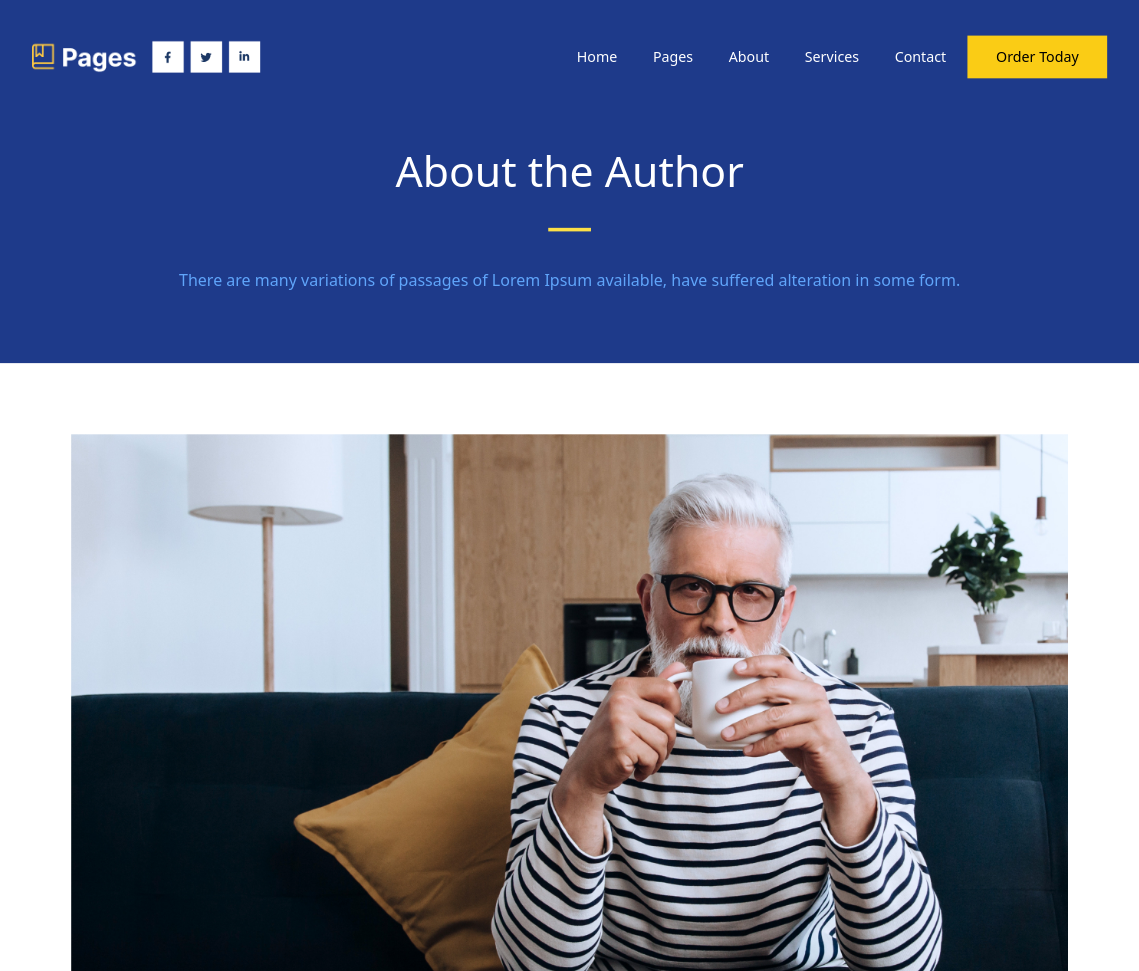
Repository: Godnorg/Class3
Page: index.html
An editor plug-in stored every save of this project. The page is shown before and after a run of saves, followed by the edit.
The browser window is 1280 px wide. The pictures show the whole page, at 89% of full size.
Some web libraries are served in a nearby version.

Above is the page before, as saved 2023-02-18 18:40:47.

### index.html
<!DOCTYPE html>
<html lang="en">
<head>
    <meta charset="UTF-8">
    <meta http-equiv="X-UA-Compatible" content="IE=edge">
    <meta name="viewport" content="width=device-width, initial-scale=1.0">
    <title>Class3</title>
    <script src="https://cdn.tailwindcss.com"></script>
</head>
<body class="w-full bg-blue-900">
<div class="flex items-center justify-between w-full pt-10 mx-auto px-9 max-w-7xl">
    <div class="flex gap-4 ">
    <img src="./Logo.png">
    <img src="./soc-icons.png" class="h-9">
    </div>
    <div class="flex gap-6">
        <ul class="flex items-center gap-10 text-white">
            <li><a href="#">Home</a></li>
            <li><a href="#">Pages</a></li>
            <li><a href="#">About</a></li>
            <li><a href="#">Services</a></li>
            <li><a href="#">Contact</a></li>
        </ul>
        <button class="px-8 py-3 mx-auto bg-yellow-400 font-sans-serif">Order Today</button>
    </div>
    </div>
    <div class="items-center mx-auto">
    <h1 class="items-center pt-20 pb-10 text-5xl text-center text-white">About the Author</h1>
        <div
            class="items-center w-12 h-1 mx-auto text-center bg-yellow-300">
        </div>
        <p class="items-center pt-10 pb-20 mx-auto text-lg text-center text-blue-400">There are many variations of passages of Lorem Ipsum available, have suffered alteration in some form.</p>
    </div>
    <div class="bg-white">
        <div class="relative px-20 pt-20 mx-auto bg-color-white">
        <img src="./oldman2.jpg">
        </div>
    </div>

</body>
</html>

After the next 2 saves:
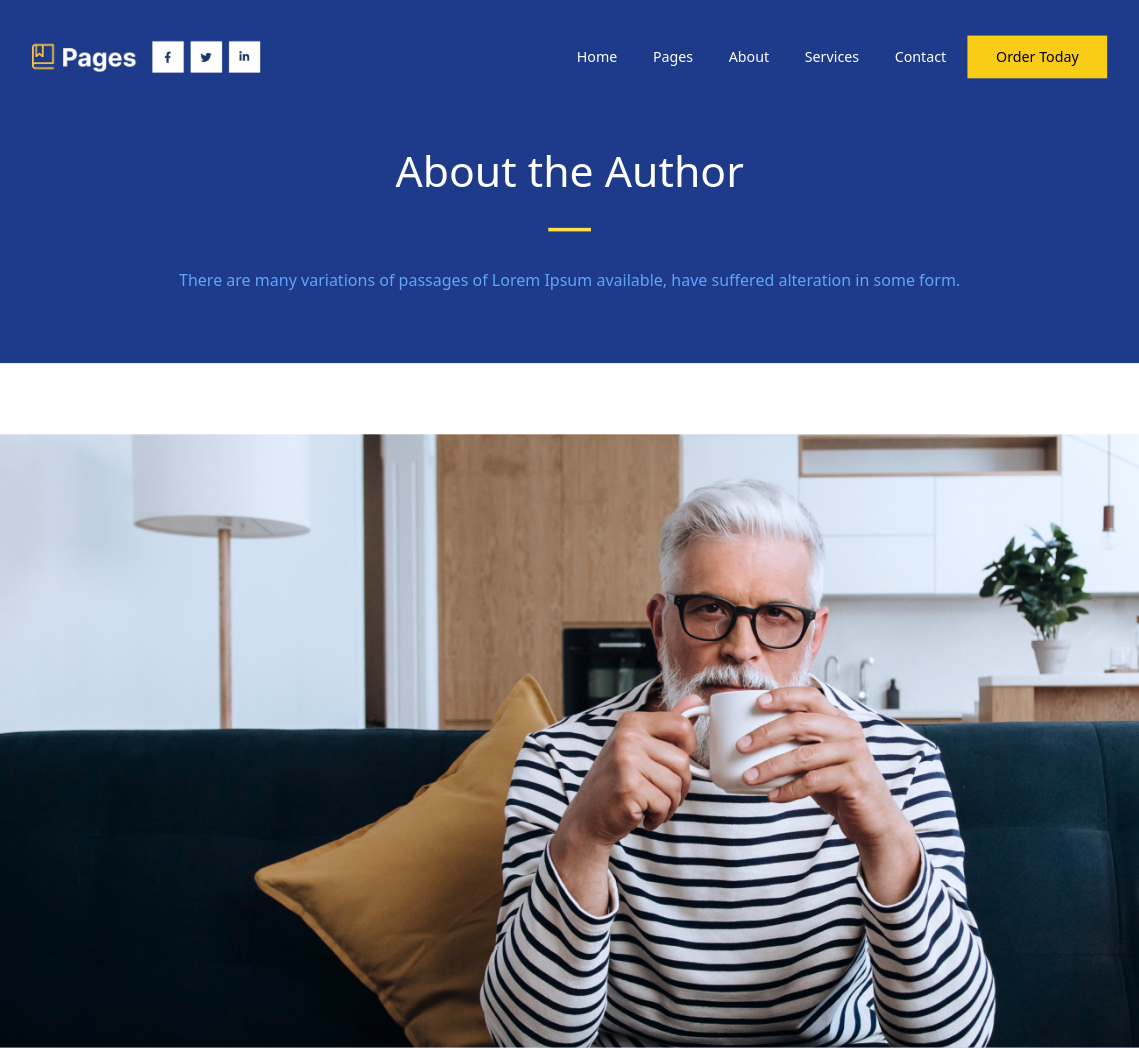
The 2 saves are shown as one change because they came seconds apart.
The last was saved 24 s later.
--- a/index.html
+++ b/index.html
@@ -32,7 +32,7 @@
         <p class="items-center pt-10 pb-20 mx-auto text-lg text-center text-blue-400">There are many variations of passages of Lorem Ipsum available, have suffered alteration in some form.</p>
     </div>
     <div class="bg-white">
-        <div class="relative px-20 pt-20 mx-auto bg-color-white">
+        <div class="relative pt-20 mx-auto px-25 bg-color-white">
         <img src="./oldman2.jpg">
         </div>
     </div>
